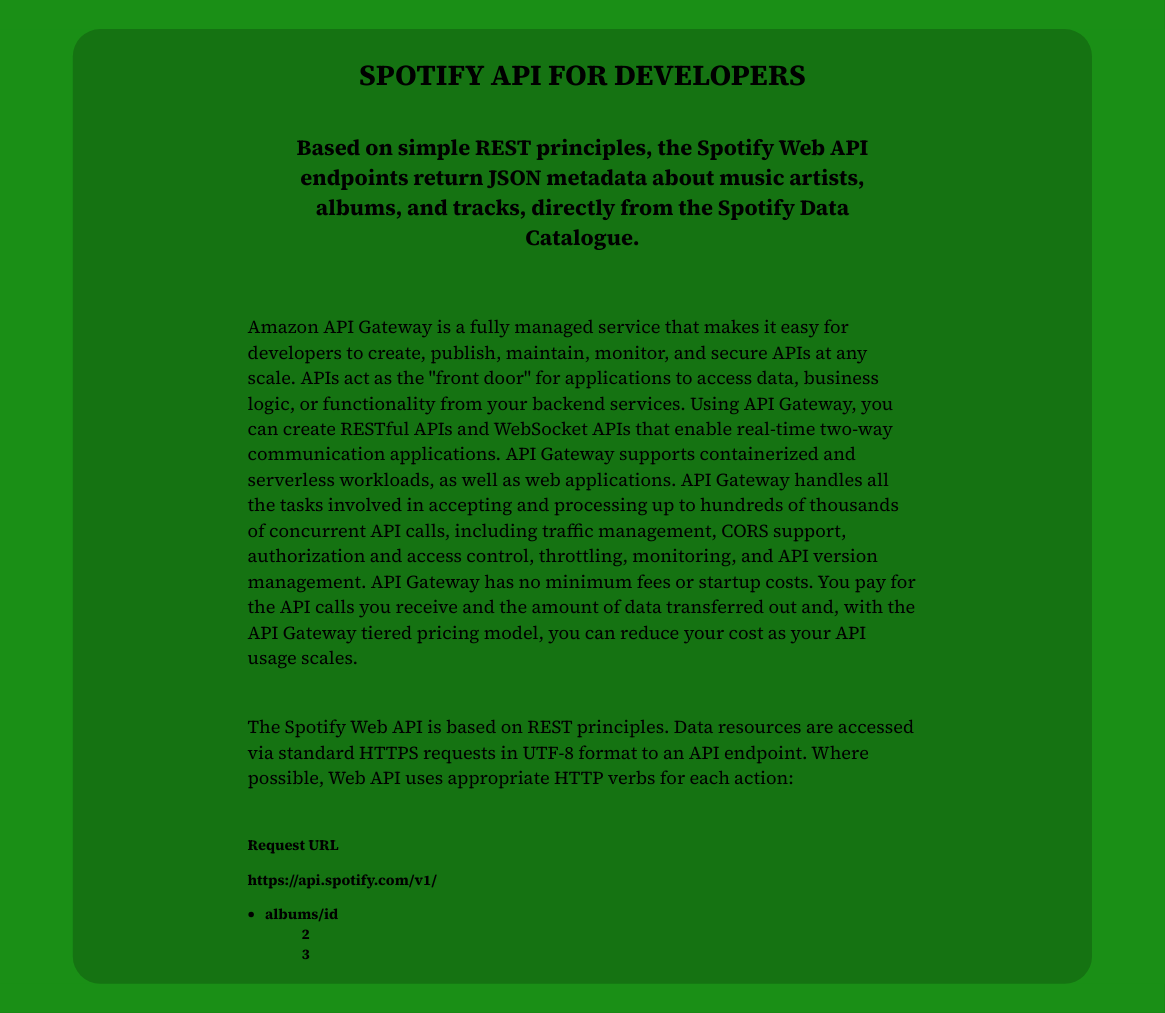
Repository: eliasihai/dizza-html-project
Page: index.html
An editor plug-in stored every save of this project. The page is shown before and after the next save, followed by the edit.
The browser window is 1280 px wide. The pictures show the whole page, at 91% of full size.

Above is the page before, as saved 2022-01-27 00:38:47.

After the next save:
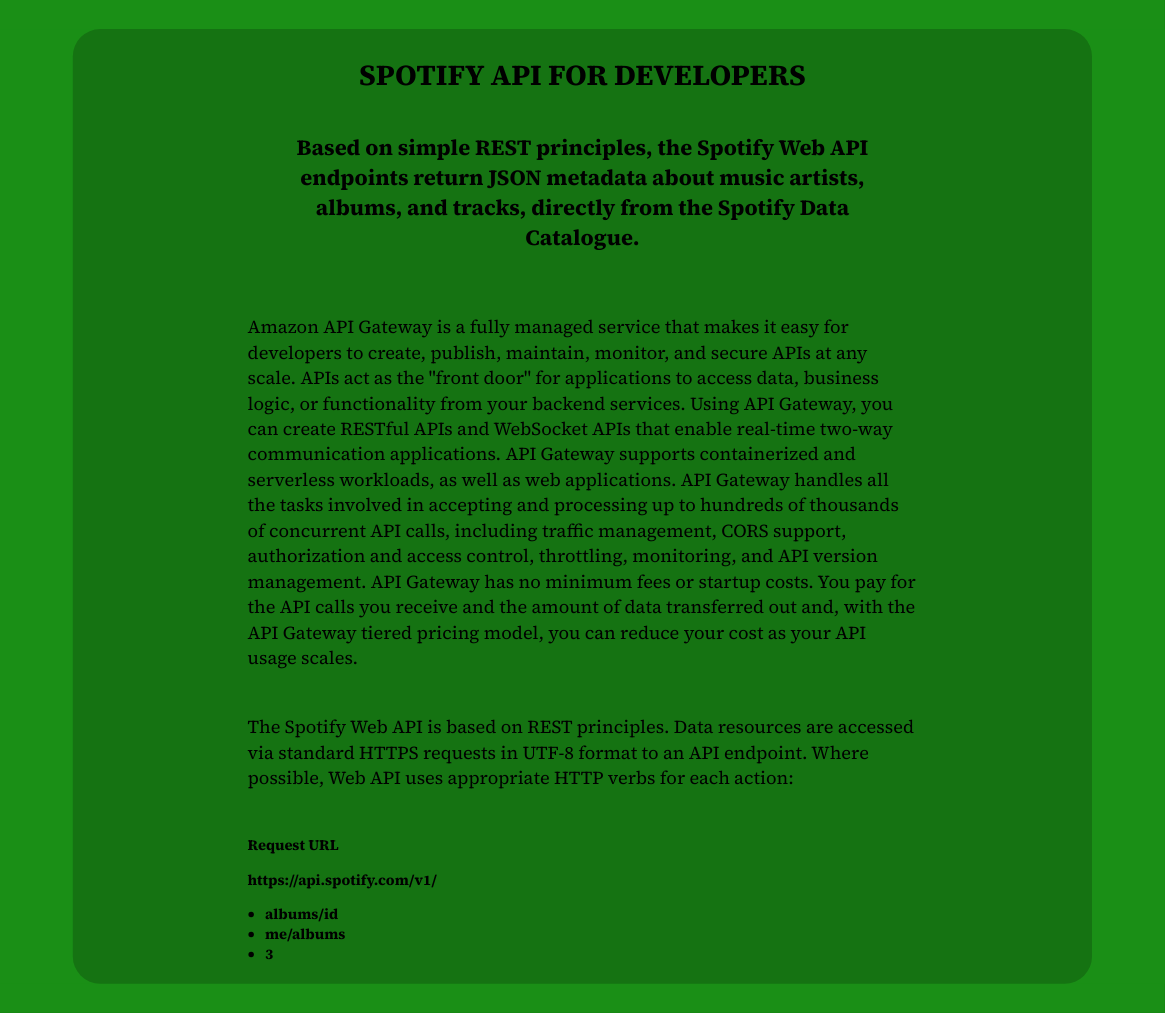
Saved 39 s later.
--- a/index.html
+++ b/index.html
@@ -64,12 +64,12 @@
             <li>
               albums/id
             </li>
-            <ol>
-              2
-            </ol>
-            <ol>
+            <li>
+              me/albums
+            </li>
+            <li>
               3
-            </ol>
+            </li>
           </ul>
         </div>
       </div>
